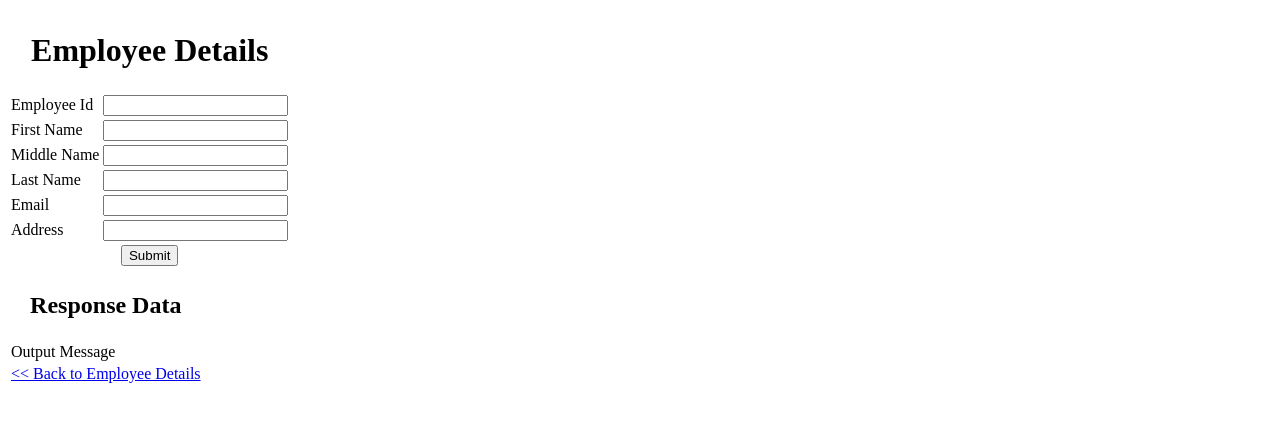
Repository: srjainapur/CRUD_Operation_With_Angular_Springboot
Page: angular-spring-demo/src/main/resources/static/post_data.html
These files come from the project's save history. The page is drawn as it stood at one moment and after the next save; the edit follows.
The browser window is 1280 px wide. The pictures show the whole page.
Some web libraries are served in a nearby version.

Above is the page before, as saved 2020-06-26 06:58:21.

### angular-spring-demo/src/main/resources/static/post_data.html
<!DOCTYPE html>
<html>
	<head>
		<title>
			AngularJs $http.post() Service Response Example
		</title>
		<script src="http://ajax.googleapis.com/ajax/libs/angularjs/1.4.8/angular.min.js"></script>
		<script type="text/javascript">
			var mainApp = angular.module('postserviceApp', []);
			mainApp.controller('postServiceControl', function($scope, $http) {
				$scope.empId = null;
				$scope.firstName = null;
				$scope.lastName = null;
				$scope.middleName = null;
				$scope.email = null;
				$scope.address = null;

				$scope.postData = function(empId, firstName, middleName, lastName, email, address) {
					var data = {
						empId : empId,
						firstName : firstName,
						middleName : middleName,
						lastName : lastName,
						email : email,
						address : address
					};

					// Call the service
					$http.post('employee/postData', JSON.stringify(data)).then(
						function(response) {
							if(response.data) {
								$scope.msg = "Employee " + empId + " Data submitted successfully";
							}
						},

						function(response) {
							$scope.msg = "service does not exist";
						}
					);
				};
			});
		</script>
	</head>
	<body>
		<div ng-app="postserviceApp" ng-controller="postServiceControl">
			<form name = "employeeForm" novalidate>
				<table>
					<tr>
						<th colspan="2" align="middle"><h1>Employee Details</h1></th>
					</tr>
					<tr>
						<td>Employee Id</td>
						<td>
							<input name="empId" ng-model="empId" type="text" size="20" required />
						</td>
					</tr>
					<tr>
						<td>First Name</td>
						<td>
							<input name="firstName" ng-model="firstName" type="text" size="20" required/>
						</td>
					</tr>
					<tr>
						<td>Middle Name</td>
						<td>
							<input name="middleName" ng-model="middleName" type="text" size="20" required/>
						</td>
					</tr>
					<tr>
						<td>Last Name</td>
						<td>
							<input name="lastName" ng-model="lastName" type="text" size="20" required/>
						</td>
					</tr>
					<tr>
						<td>Email</td>
						<td>
							<input name="email" ng-model="email" type="text" size="20" required/>
						</td>
					</tr>
					<tr>
						<td>Address</td>
						<td>
							<input name="address" ng-model="address" type="text" size="20" required/>
						</td>
					</tr>
					<tr>
						<td colspan="2" align="middle">
							<input type="button" value="Submit"
							ng-disabled="employeeForm.empId.$dirty && employeeForm.empId.$invalid ||
							employeeForm.firstName.$dirty && employeeForm.firstName.$invalid ||
							employeeForm.middleName.$dirty && employeeForm.middleName.$invalid ||
							employeeFrom.lastName.$dirty && employeeForm.lastName.$invalid ||
							employeeFrom.email.$dirty && employeeForm.email.$invalid ||
							employeeFrom.email.$dirty && employeeForm.email.$invalid ||
							employeeFrom.address.$dirty && employeeForm.address.$invalid
							"
							ng-click="postData(empId, firstName, middleName, lastName, email, address)">
						</td>
					</tr>
				</table>
				<table>
					<tr>
						<th colspan="2" align="middle"><h2>Response Data</h2></th>
					</tr>
					<tr>
						<td>Output Message</td>
						<td>{{msg}}</td>
					</tr>
					<tr>
						<td colspan="2"><a href="EmployeeDetails.html"> << Back to Employee Details </a></td>
					</tr>
				</table>
			</form>
		</div>
	</body>

</html>

After the next save:
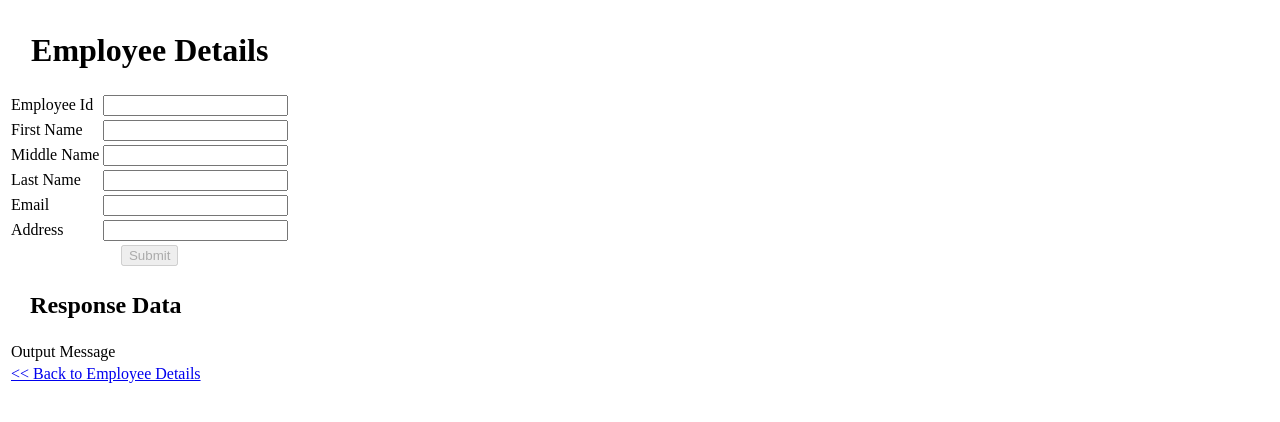
Saved 2 min 10 s later.
--- a/angular-spring-demo/src/main/resources/static/post_data.html
+++ b/angular-spring-demo/src/main/resources/static/post_data.html
@@ -87,14 +87,7 @@
 					<tr>
 						<td colspan="2" align="middle">
 							<input type="button" value="Submit"
-							ng-disabled="employeeForm.empId.$dirty && employeeForm.empId.$invalid ||
-							employeeForm.firstName.$dirty && employeeForm.firstName.$invalid ||
-							employeeForm.middleName.$dirty && employeeForm.middleName.$invalid ||
-							employeeFrom.lastName.$dirty && employeeForm.lastName.$invalid ||
-							employeeFrom.email.$dirty && employeeForm.email.$invalid ||
-							employeeFrom.email.$dirty && employeeForm.email.$invalid ||
-							employeeFrom.address.$dirty && employeeForm.address.$invalid
-							"
+							ng-disabled="employeeForm.$invalid"
 							ng-click="postData(empId, firstName, middleName, lastName, email, address)">
 						</td>
 					</tr>
